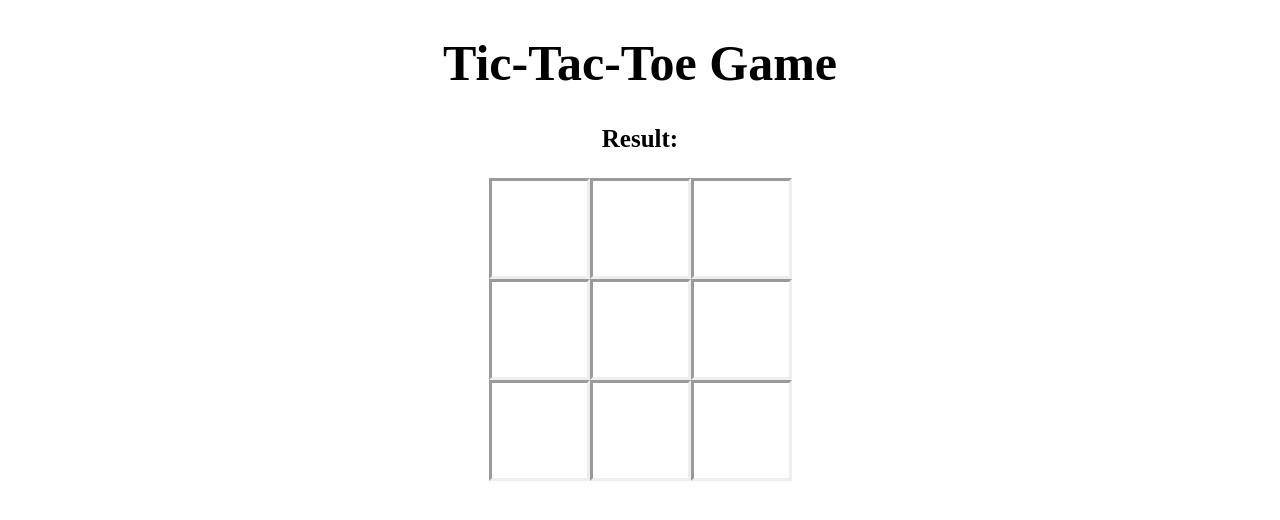
Repository: 0101chaitanya/Tic-Tac-Toe
Page: index.html
An editor plug-in stored every save of this project. The page is shown before and after the next save, followed by the edit.
The browser window is 1280 px wide. The pictures show the whole page.

Above is the page before, as saved 2021-06-09 18:17:23.

After the next save:
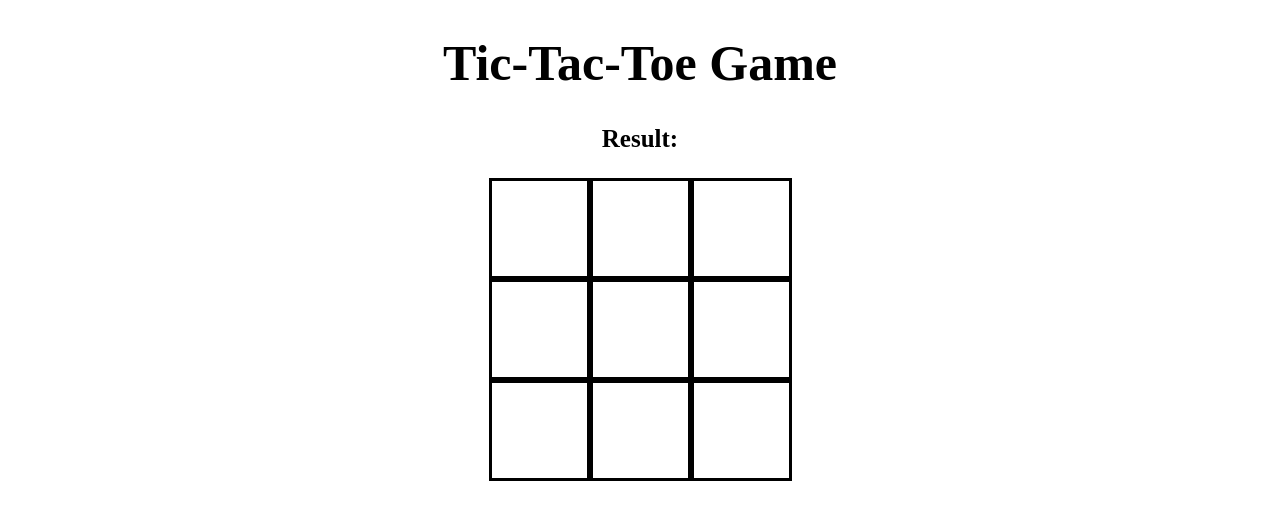
Saved 3 min 26 s later.
--- a/styles.css
+++ b/styles.css
@@ -42,5 +42,6 @@ font-weight: bold;
     border-style: solid;
     width:3.8rem;
     height:3.8rem;
-border-style:inset;
+border-style:solid;
+
 }
